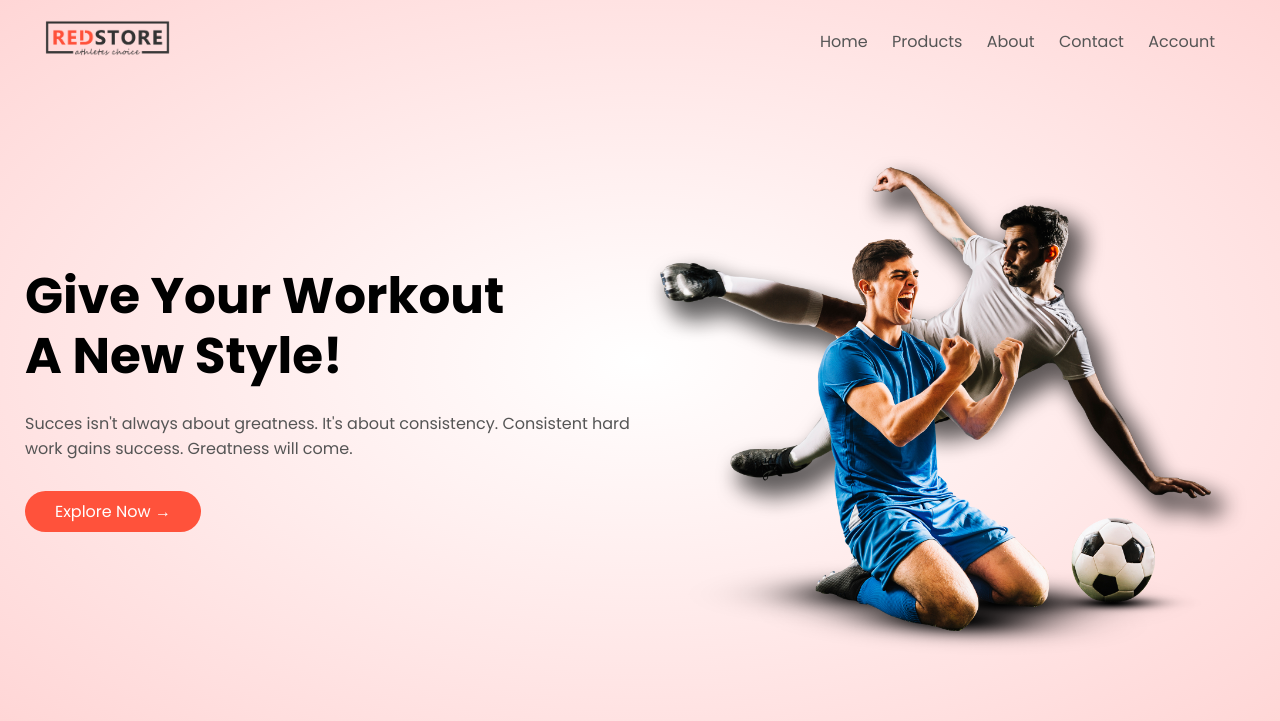
Repository: datvu1608/redsportstore
Page: index.html
These files come from the project's save history. The page is drawn as it stood at one moment and after the next save; the edit follows.
The browser window is 1280 px wide. The pictures show the whole page.

Above is the page before, as saved 2023-11-22 23:14:03.

### index.html
<!DOCTYPE html>
<html lang="en">
  <head>
    <meta charset="UTF-8" />
    <meta name="viewport" content="width=device-width, initial-scale=1.0" />
    <title>Restore | Ecommerce Website Design</title>
    <link
      href="https://fonts.googleapis.com/css2?family=Poppins:wght@300;400;500;600;700&display=swap"
      rel="stylesheet"
    />
    <link rel="stylesheet" href="./styles.css" />
  </head>
  <body>
    <div class="header">
      <div class="container">
        <div class="navbar">
          <div class="logo">
            <img src="./images/logo.png" alt="" width="125px" />
          </div>
          <nav>
            <ul>
              <li>
                <a href="#">Home</a>
              </li>
              <li>
                <a href="#">Products</a>
              </li>
              <li>
                <a href="#">About</a>
              </li>
              <li>
                <a href="#">Contact</a>
              </li>
              <li>
                <a href="#">Account</a>
              </li>
            </ul>
          </nav>
        </div>
        <div class="row">
          <div class="col-2">
            <h1>Give Your Workout <br />A New Style!</h1>
            <p>
              Succes isn't always about greatness. It's about consistency.
              Consistent hard work gains success. Greatness will come.
            </p>
            <a href="" class="btn">Explore Now &#8594;</a>
          </div>
          <div class="col-2">
            <img src="./images/image1.png" alt="" />
          </div>
        </div>
      </div>
    </div>
  </body>
</html>

### styles.css
* {
  margin: 0;
  padding: 0;
  box-sizing: border-box;
}
body {
  font-family: 'Poppins', sans-serif;
}
.navbar {
  display: flex;
  align-items: center;
  padding: 20px;
}
nav {
  flex: 1;
  text-align: right;
}
nav ul {
  display: inline-block;
  list-style-type: none;
}
nav ul li {
  display: inline-block;
  margin-right: 20px;
}
nav ul li a {
  text-decoration: none;
  color: #555;
}

p {
  color: #555;
}
.container {
  max-width: 1300px;
  margin: auto;
  padding-left: 25px;
  padding-right: 25px;
}
.row {
  display: flex;
  align-items: center;
  flex-wrap: wrap;
  justify-content: space-around;
}
.col-2 {
  flex-basis: 50%;
  min-width: 300px;
}
.col-2 img {
  max-width: 100%;
  padding: 50px 0;
}
.col-2 h1 {
  font-size: 50px;
  line-height: 60px;
  margin: 25px 0;
}
.btn {
  display: inline-block;
  background: #ff523b;
  border-radius: 30px;
  color: #fff;
  padding: 8px 30px;
  margin: 30px 0;
  text-decoration: none;
}
.header {
  background: radial-gradient(#fff, #ffd6d6);
}
.header .row {
  d
}

After the next save:
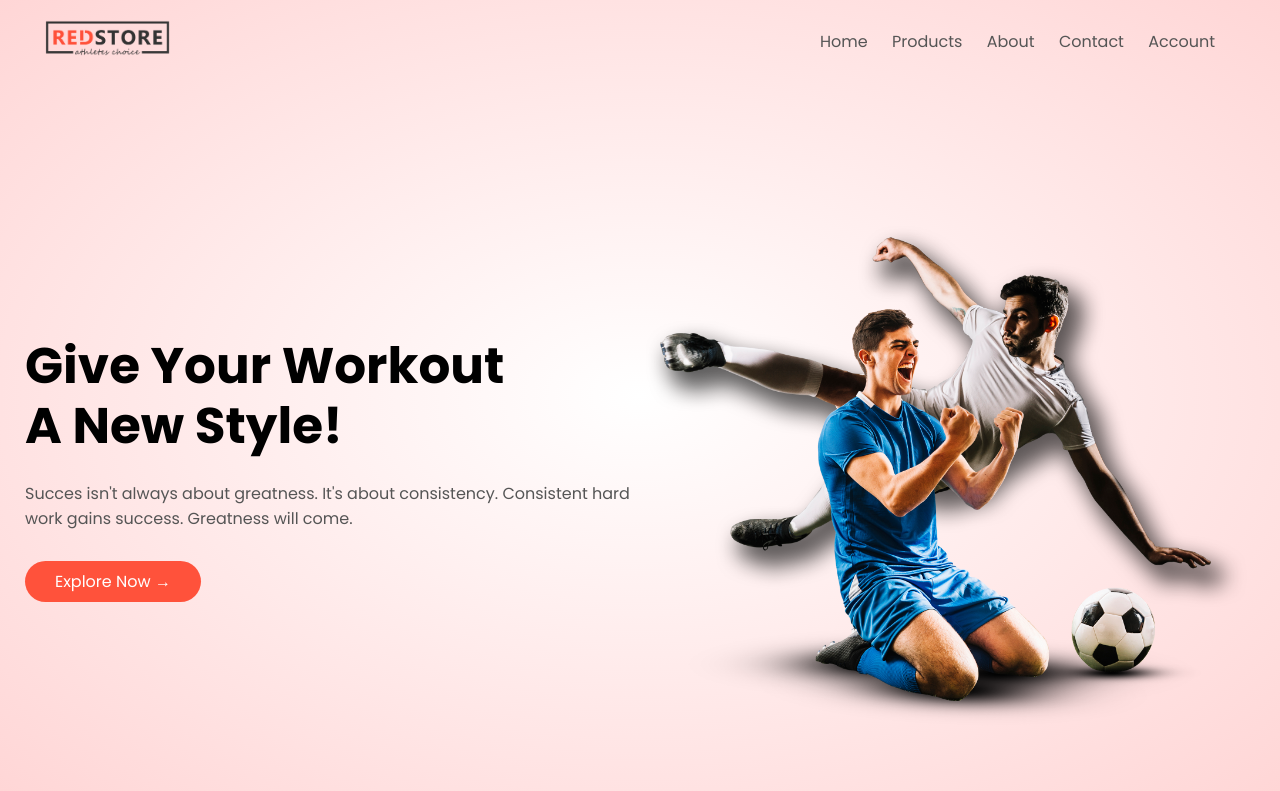
Saved 5 s later.
--- a/styles.css
+++ b/styles.css
@@ -69,5 +69,5 @@
   background: radial-gradient(#fff, #ffd6d6);
 }
 .header .row {
-  d
+  margin-top: 70px;
 }
